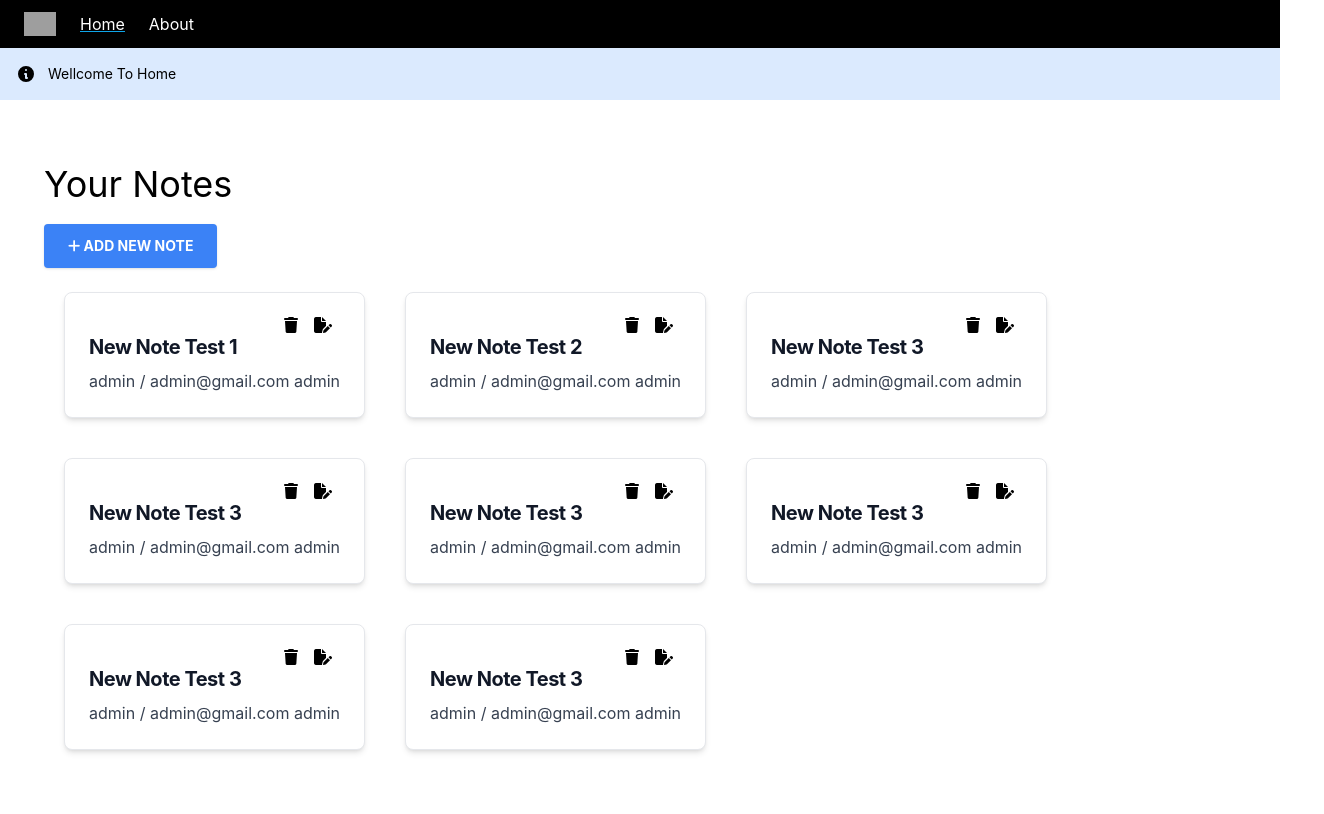
Repository: sonawaneteju4/iNote
Page: /
The author's editor kept a copy of each file at every save. The page is drawn from the files as they stood at one save, then again after the next save.
The browser window is 1280 px wide. The page is 1324 px wide, so the pictures cover 1324 px, including what lies to the right of the window. The pictures show the whole page.
Pictures or frames that could not be fetched are drawn as grey boxes. Some web libraries are served in a nearby version. The project was rebuilt for these pictures with package versions that can differ from the ones it lists, and the page was loaded fresh each time. Also part of the build but not shown: src/components/AddNote.js, src/components/About.js.

Above is the page before, as saved 2022-10-11 10:49:21.

### public/index.html
<!DOCTYPE html>
<html lang="en">
  <head>
    <meta charset="utf-8" />
    <link rel="icon" href="%PUBLIC_URL%/favicon.ico" />
    <meta name="viewport" content="width=device-width, initial-scale=1" />
    <meta name="theme-color" content="#000000" />
    <meta
      name="description"
      content="Web site created using create-react-app"
    />
    <link rel="apple-touch-icon" href="%PUBLIC_URL%/logo192.png" />

    <link rel="manifest" href="%PUBLIC_URL%/manifest.json" />

    <title>iNote - Secured Notes On Cloud</title>
  </head>
  <body>
    <noscript>You need to enable JavaScript to run this app.</noscript>
    <script src="https://kit.fontawesome.com/61d960ae85.js" crossorigin="anonymous"></script>
    <div id="root"></div>
  </body>
</html>

### src/App.js
import "./App.css";
import { BrowserRouter, Routes, Route } from "react-router-dom";
import Navbar from "./components/Navbar";
import Home from "./components/Home";
import About from "./components/About";
import NoteState from "./context/notes/NoteState";
import Alert from "./components/Alert";

function App() {
  return (
    <>
      <NoteState>
        <BrowserRouter>
          <Navbar />
          <Alert message="Wellcome To Home"/>
          <div className="container m-11">

          <Routes>
            <Route exact path="/" element={<Home />}></Route>
            <Route exact path="/about" element={<About />}></Route>
          </Routes>
          </div>
        </BrowserRouter>
      </NoteState>
    </>
  );
}

export default App;

### src/App.css
.App {
  text-align: center;
}

.App-logo {
  height: 40vmin;
  pointer-events: none;
}

@media (prefers-reduced-motion: no-preference) {
  .App-logo {
    animation: App-logo-spin infinite 20s linear;
  }
}

.App-header {
  background-color: #282c34;
  min-height: 100vh;
  display: flex;
  flex-direction: column;
  align-items: center;
  justify-content: center;
  font-size: calc(10px + 2vmin);
  color: white;
}

.App-link {
  color: #61dafb;
}

@keyframes App-logo-spin {
  from {
    transform: rotate(0deg);
  }
  to {
    transform: rotate(360deg);
  }
}
i{cursor: pointer;

}

### src/components/Navbar.js
import React, {useEffect} from 'react'
import { Link, useLocation } from 'react-router-dom'

const Navbar = () => {
  let location = useLocation();
  useEffect(() => {
    console.log(location.pathname);
  }, [location])

  return (
    <nav className='flex bg-black text-white sticky top-0'>
        <ul className='flex m-3'>
            <li className='px-3'><Link to="/"><img alt="Logo" className='h-6' src='https://i.ibb.co/yyD6c8M/i-NOTE-3.png'></img></Link></li>
            <li className={`px-3  ${location.pathname==='/'? "underline decoration-sky-500": ""}`}><Link to="/">Home</Link></li>
            <li className={`px-3  ${location.pathname==='/about'? "underline decoration-sky-500": ""}`}><Link to="/about">About</Link></li>
        </ul>

    </nav>
  )
}

export default Navbar

### src/components/Home.js
import React from 'react'
// import NoteState from '../context/notes/NoteState';
import Notes from './Notes';

const Home = () => {

  return (
    <>
      <Notes/>
    </>

  )
}

export default Home

### src/context/notes/NoteState.js
import { useState } from 'react';
import NoteContext from './NoteContext';


const NoteState = (props) =>{
    const notesInitial = [
        {
          "_id": "6343f8ff5e6343bed4b7ddb5",
          "user": "63402d7553af99b0eef26534",
          "title": "New Note Test 1 ",
          "description": "admin / admin@gmail.com admin",
          "tag": "test",
          "date": "1665390388538",
          "__v": 0
        },
        {
          "_id": "6343f90f5e6343bed4b7ddb8",
          "user": "63402d7553af99b0eef26534",
          "title": "New Note Test 2 ",
          "description": "admin / admin@gmail.com admin",
          "tag": "test",
          "date": "1665390388538",
          "__v": 0
        },
        {
          "_id": "6343f9155e6343bed4b7ddba",
          "user": "63402d7553af99b0eef26534",
          "title": "New Note Test 3 ",
          "description": "admin / admin@gmail.com admin",
          "tag": "test",
          "date": "1665390388538",
          "__v": 0
        },
        {
            "_id": "6343f9155e6343bed4b7ddba",
            "user": "63402d7553af99b0eef26534",
            "title": "New Note Test 3 ",
            "description": "admin / admin@gmail.com admin",
            "tag": "test",
            "date": "1665390388538",
            "__v": 0
          },
          {
            "_id": "6343f9155e6343bed4b7ddba",
            "user": "63402d7553af99b0eef26534",
            "title": "New Note Test 3 ",
            "description": "admin / admin@gmail.com admin",
            "tag": "test",
            "date": "1665390388538",
            "__v": 0
          },
          {
            "_id": "6343f9155e6343bed4b7ddba",
            "user": "63402d7553af99b0eef26534",
            "title": "New Note Test 3 ",
            "description": "admin / admin@gmail.com admin",
            "tag": "test",
            "date": "1665390388538",
            "__v": 0
          },
          {
            "_id": "6343f9155e6343bed4b7ddba",
            "user": "63402d7553af99b0eef26534",
            "title": "New Note Test 3 ",
            "description": "admin / admin@gmail.com admin",
            "tag": "test",
            "date": "1665390388538",
            "__v": 0
          },
          {
            "_id": "6343f9155e6343bed4b7ddba",
            "user": "63402d7553af99b0eef26534",
            "title": "New Note Test 3 ",
            "description": "admin / admin@gmail.com admin",
            "tag": "test",
            "date": "1665390388538",
            "__v": 0
          }
      ]
      const [notes, setNotes] = useState(notesInitial)

      //Add a Note
      const addNote = (title, description,tag)=>{
        const note = {
          "_id": "6343f9155e6343bed4b7ddba",
          "user": "63402d7553af99b0eef26534",
          "title": title,
          "description": description,
          "tag": tag,
          "date": "1665390388538",
          "__v": 0
        };
        setNotes(notes.concat(note))
      }

      // Delete a Note
      const deleteNote = (id)=>{
        console.log(id)
        const newNotes = notes.filter((note)=>{return note._id!==id})
        setNotes(newNotes)
      }

      //Edit a Note
const editNote = (id, title, description,tag)=>{

}

    return(

        <NoteContext.Provider value={{notes, notesInitial, addNote ,deleteNote ,editNote }}>
            {props.children}
        </NoteContext.Provider>
            )
}

export default NoteState;

### src/components/Alert.js
import React from 'react'

const Alert = (props) => {
  return (
    <div className=''>
      <div className="flex p-4 mb-4 text-sm bg-blue-100 rounded-lgz text-black " role="alert">
  <svg aria-hidden="true" className="flex-shrink-0 inline w-5 h-5 mr-3" fill="currentColor" viewBox="0 0 20 20" xmlns="http://www.w3.org/2000/svg"><path fill-rule="evenodd" d="M18 10a8 8 0 11-16 0 8 8 0 0116 0zm-7-4a1 1 0 11-2 0 1 1 0 012 0zM9 9a1 1 0 000 2v3a1 1 0 001 1h1a1 1 0 100-2v-3a1 1 0 00-1-1H9z" clip-rule="evenodd"></path></svg>
  {props.message}
  </div>
    </div>
  )
}

export default Alert

### src/components/Notes.js
import React, {useContext } from 'react'
import NoteContext from '../context/notes/NoteContext';
import AddNote from './AddNote';
import NoteItem from './NoteItem';


const Notes = () => {
    const context = useContext(NoteContext);
    const [showModal, setShowModal] = React.useState(false);
    const {notes, addNote} = context
  return (
    <div>
      <h1 className='py-5 text-4xl'>Your Notes</h1>

      <button
        className="bg-blue-500 text-white active:bg-pink-600 font-bold uppercase text-sm px-6 py-3 rounded shadow hover:shadow-lg outline-none focus:outline-none mr-1 mb-1 ease-linear transition-all duration-150"
        type="button"
        onClick={() => setShowModal(true)}
      >
        <i class="fa-solid fa-plus"></i> Add New Note
      </button>
      {showModal ? (
        <>
          <div
            className="justify-center items-center flex overflow-x-hidden overflow-y-auto fixed inset-0 z-50 outline-none focus:outline-none"
          >
            <div className="relative w-auto my-6 mx-auto max-w-3xl">
              {/*content*/}
              <div className="border-0 rounded-lg shadow-lg relative flex flex-col w-full bg-white outline-none focus:outline-none">
                {/*header*/}
                <div className="flex  items-start justify-between p-5 border-b border-solid border-slate-200 rounded-t">
                  <h3 className="text-3xl font-semibold">
                    Create New Note
                  </h3>
                  <button
                    className="p-1 ml-auto bg-transparent border-0 text-black opacity-5 float-right text-3xl leading-none font-semibold outline-none focus:outline-none"
                    onClick={() => setShowModal(false)}
                    >
                    <span className="bg-transparent text-black opacity-5 h-6 w-6 text-2xl block outline-none focus:outline-none">

                    </span>
                  </button>
                </div>
                {/*body*/}

                    <AddNote/>
                {/*footer*/}
                <div className="flex items-center justify-end p-6 border-t border-solid border-slate-200 rounded-b">
                  <button
                    className="text-red-500 background-transparent font-bold uppercase px-6 py-2 text-sm outline-none focus:outline-none mr-1 mb-1 ease-linear transition-all duration-150"
                    type="button"
                    onClick={() => setShowModal(false)}
                  >
                    Close
                  </button>
                </div>
              </div>
            </div>
          </div>
          <div className="opacity-25 fixed inset-0 z-40 bg-black"></div>
        </>
      ) : null}


    <div className='flex flex-wrap'>
        {notes.map((note)=>{
            return <NoteItem key={note._id} note={note}/>;
        })}
    </div>
        </div>
  )
}

export default Notes

### src/components/NoteItem.js
import React, { useContext } from "react";
import NoteContext from '../context/notes/NoteContext';


const NoteItem = (props) => {
 const context = useContext(NoteContext)
  const {deleteNote} = context;
  const { note } = props;
  return (
    <div className="p-5">
      <div class="p-6 max-w-sm bg-white rounded-lg border border-gray-200 shadow-md hover:bg-gray-100">
        <div className="flex item-start justify-end">
          <i class="fa-solid fa-trash mx-2" onClick={()=>{deleteNote(note._id)}}></i>
          <i class="fa-solid fa-file-pen mx-2"></i>
        </div>
          <h5 class="mb-2 text-xl font-bold tracking-tight text-gray-900">
            {note.title}
          </h5>
        <p class="font-normal text-gray-700"> {note.description}</p>
      </div>
    </div>
  );
};

export default NoteItem;

Loaded but not shown: src/index.js (common file); src/index.css (common file); src/context/notes/NoteContext.js (common file); tailwind.config.js (common file)

After the next save:
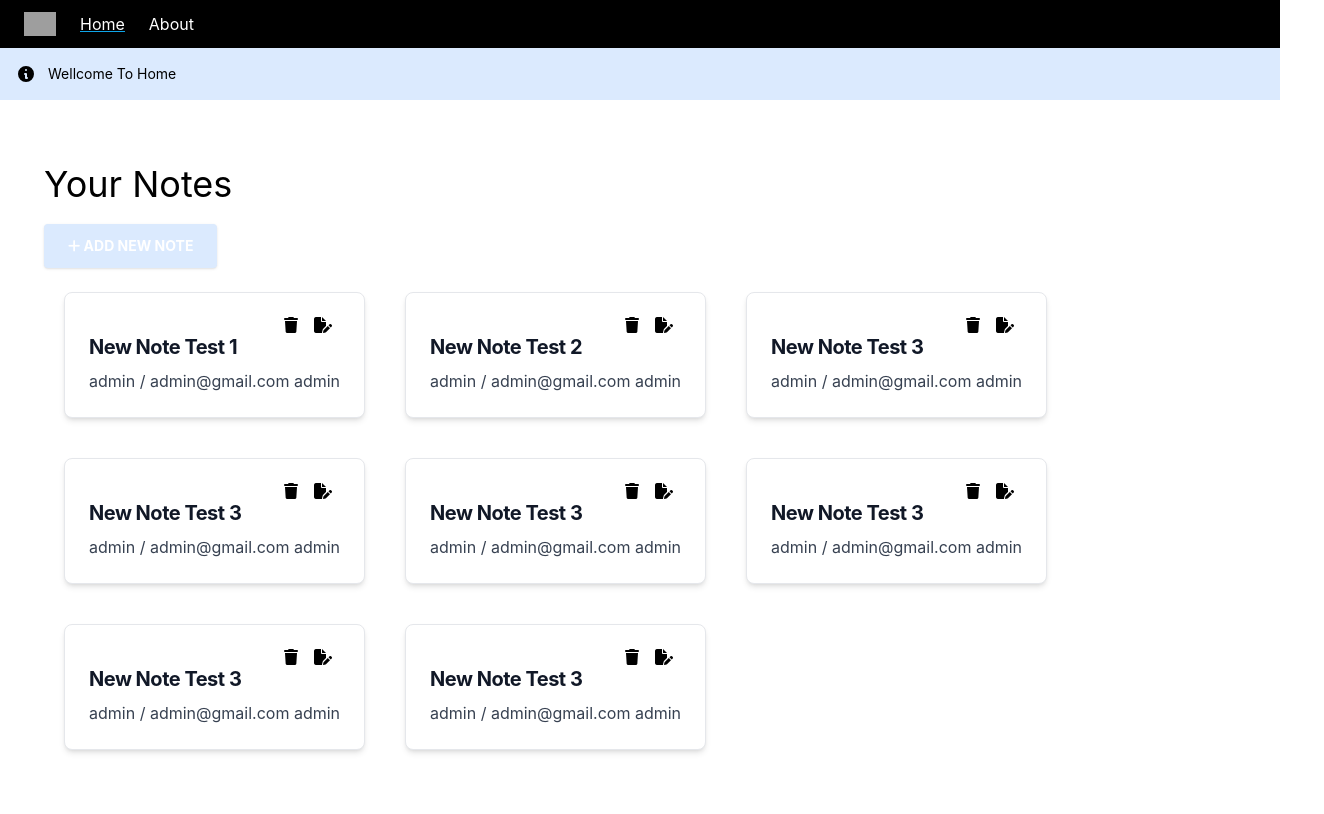
Saved 4 s later.
--- a/src/components/Notes.js
+++ b/src/components/Notes.js
@@ -13,7 +13,7 @@ const Notes = () => {
       <h1 className='py-5 text-4xl'>Your Notes</h1>
 
       <button
-        className="bg-blue-500 text-white active:bg-pink-600 font-bold uppercase text-sm px-6 py-3 rounded shadow hover:shadow-lg outline-none focus:outline-none mr-1 mb-1 ease-linear transition-all duration-150"
+        className="bg-blue-100 text-white active:bg-pink-600 font-bold uppercase text-sm px-6 py-3 rounded shadow hover:shadow-lg outline-none focus:outline-none mr-1 mb-1 ease-linear transition-all duration-150"
         type="button"
         onClick={() => setShowModal(true)}
       >
